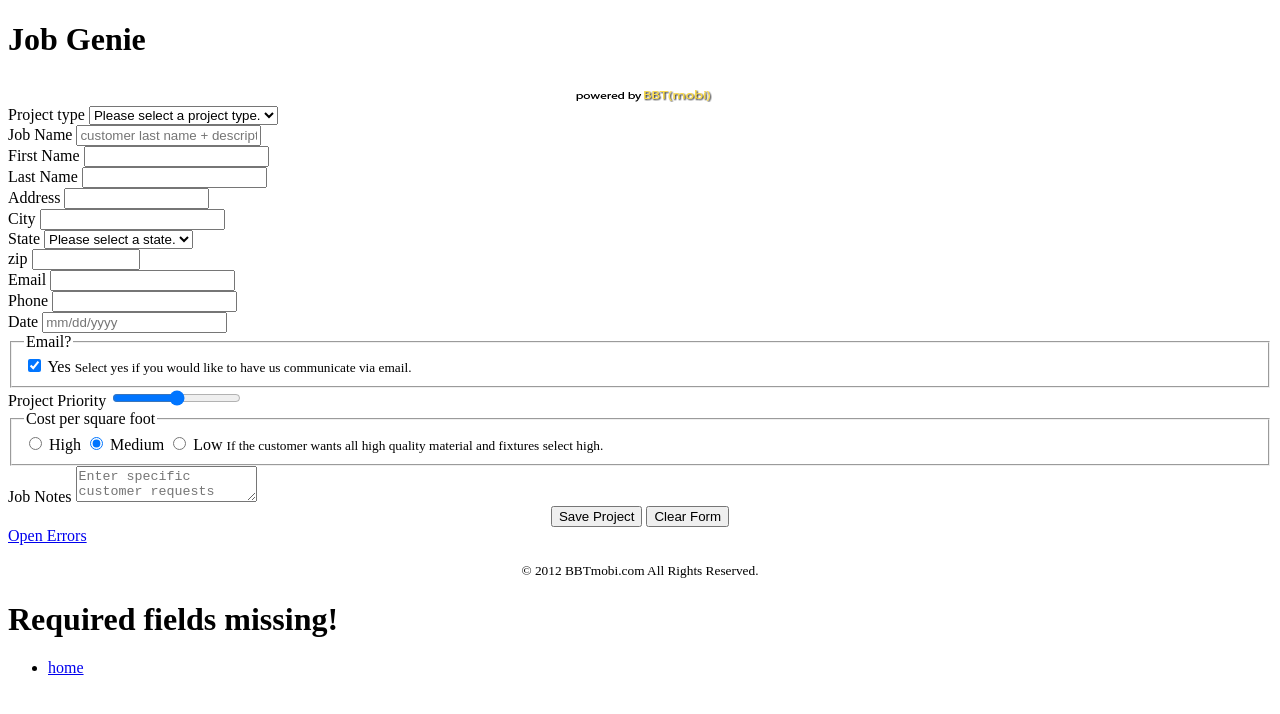
Repository: mtr8667/ASD
Page: couchdb/app/_attachments/newProject.html
These files come from the project's save history. The page is drawn as it stood at one moment and after the next save; the edit follows.
The browser window is 1280 px wide. The pictures show the whole page.

Above is the page before, as saved 2012-07-26 03:28:36.

After the next save:
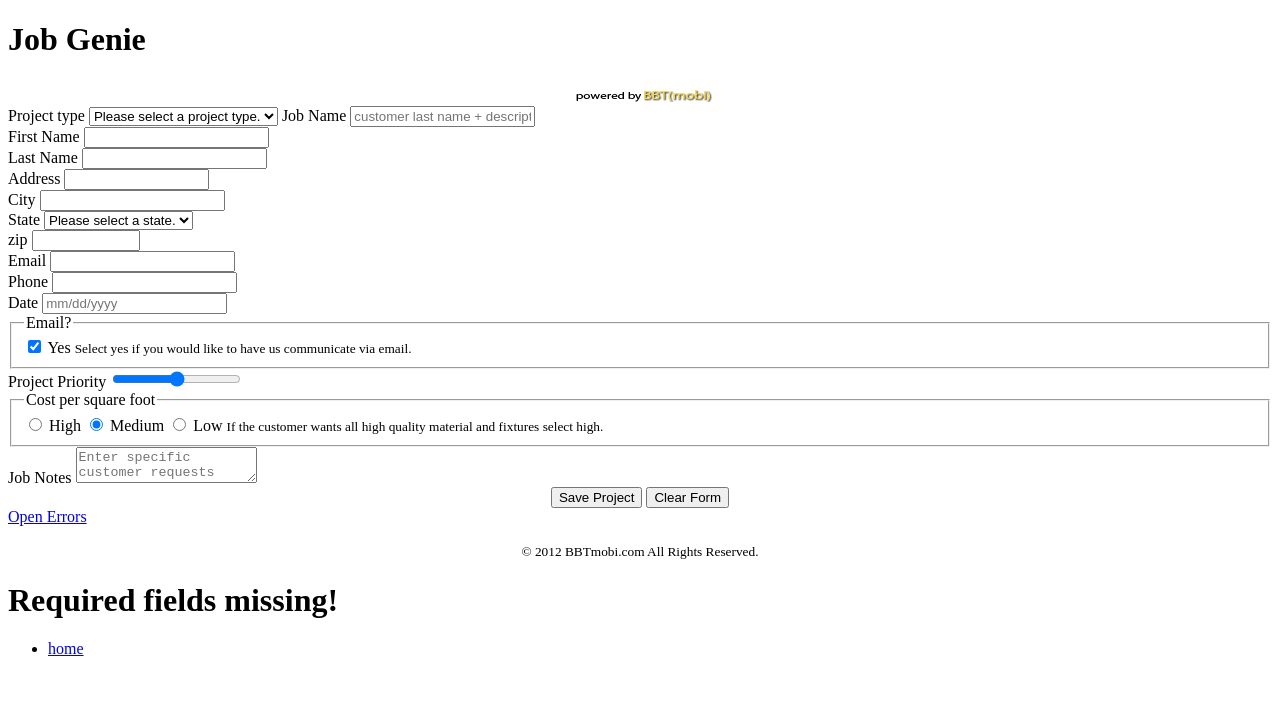
Saved 47 min 22 s later.
--- a/couchdb/app/_attachments/newProject.html
+++ b/couchdb/app/_attachments/newProject.html
@@ -47,10 +47,10 @@
 						</optgroup>
 					</select>
 
-				</div>
+
 
 				<!-- Input Job Name -->
-				<div data-role="fieldcontain" >
+
 					<label for="jobname" >Job Name</label>
 					<input type="text" name="jobname" id="jobname" placeholder="customer last name + description" class="required" data-mini="true"/>
 				</div>
